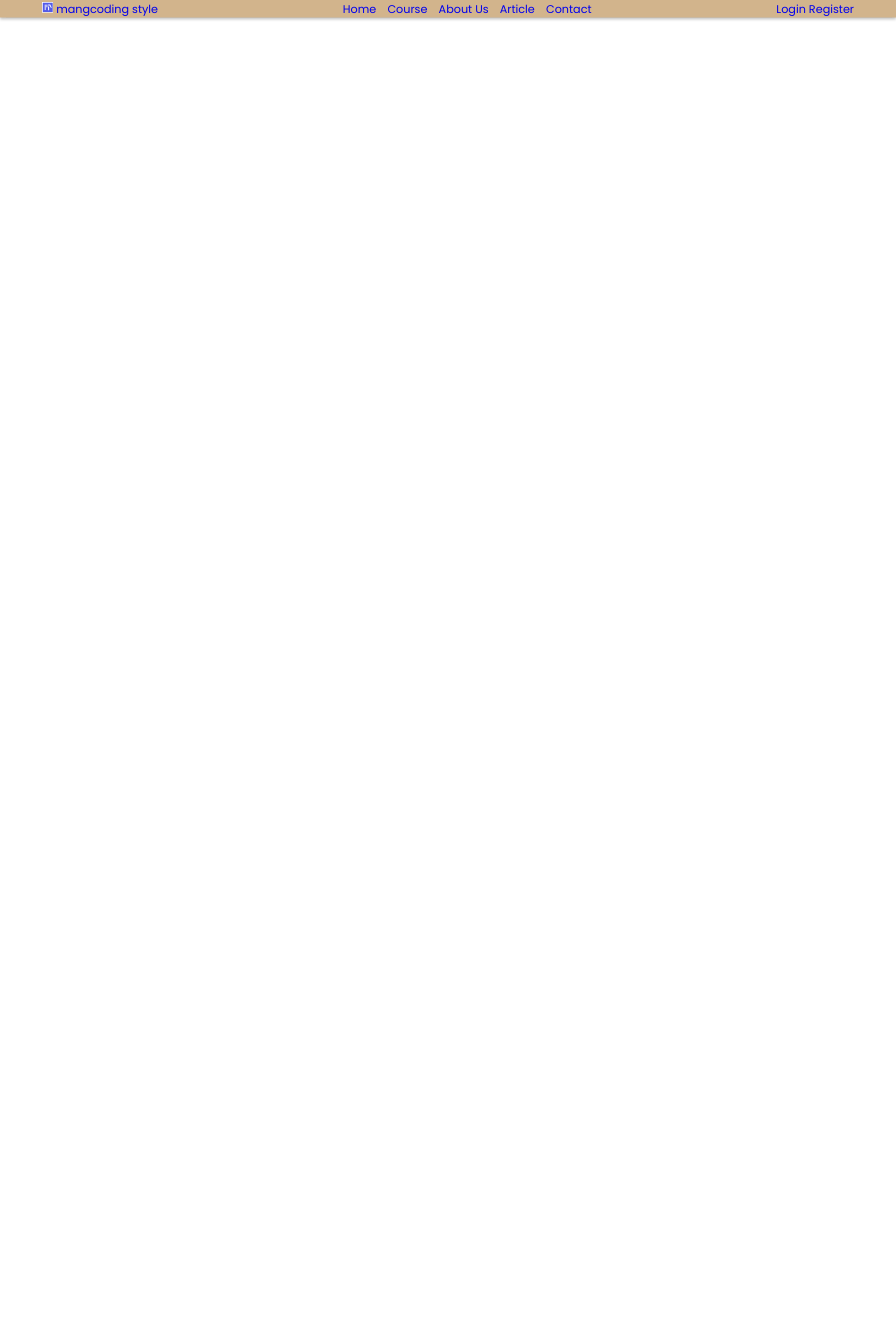
Repository: Dania-Alqam/landing-page
Page: index.html
An editor plug-in stored every save of this project. The page is shown before and after a run of saves, followed by the edit.
The browser window is 1280 px wide. The pictures show the part of the page from y = 0 to 1920 px (the page is 5000 px tall), at 70% of full size.

Above is the page before, as saved 2024-06-21 19:39:11.

After the next 3 saves:
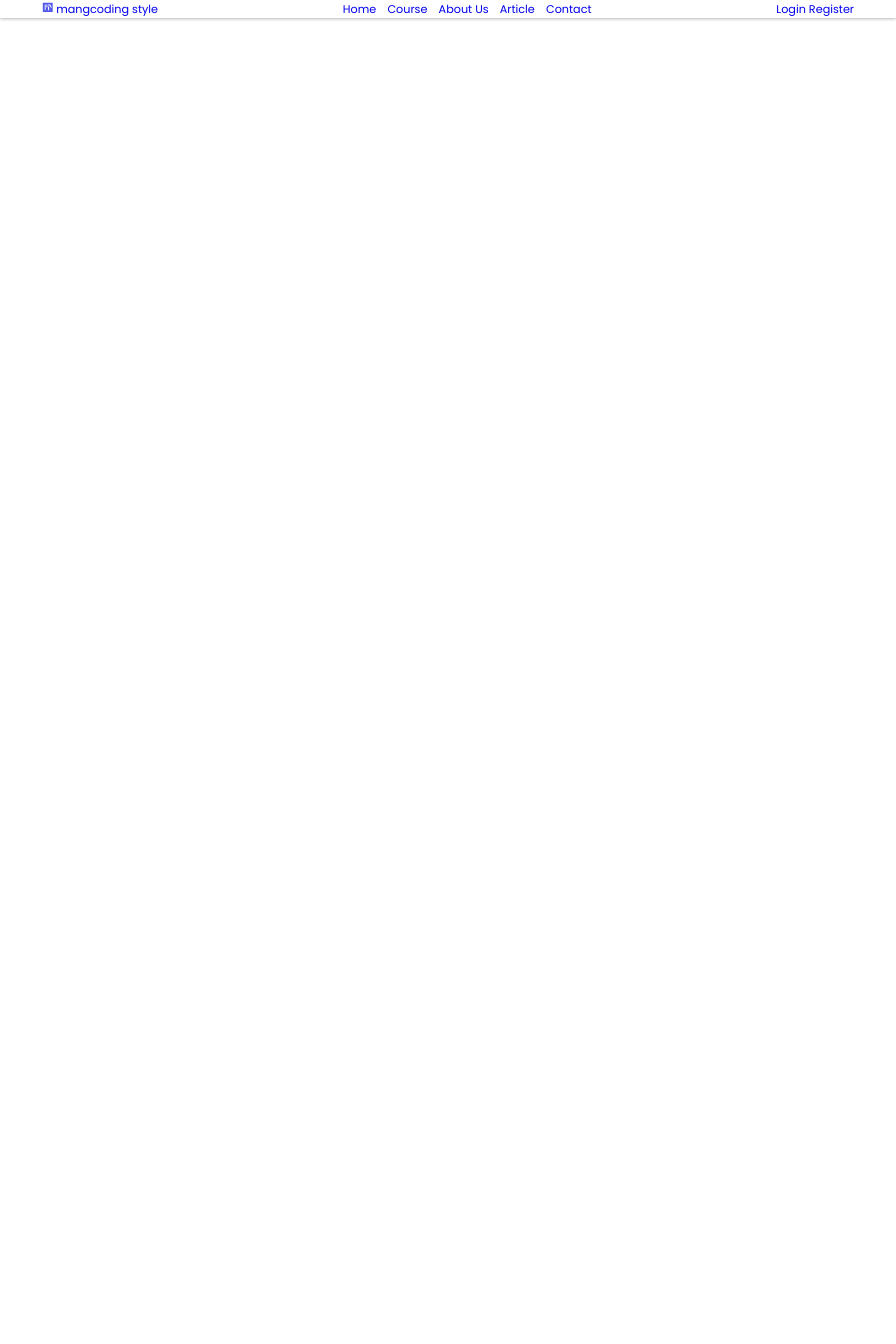
The 3 saves are shown as one change because they came seconds apart.
The last was saved 21 s later.
--- a/assests/css/main.css
+++ b/assests/css/main.css
@@ -2,10 +2,10 @@
 .header{
     /* it will not work becuase we added contianer so we add row*/
     /* display: flex; */
-    background-color: tan;
     position: sticky;
     top: 0;
     box-shadow: 0px 4px 4px rgba(0, 0, 0, 0.25);
+    padding: ;
 
 }
 
